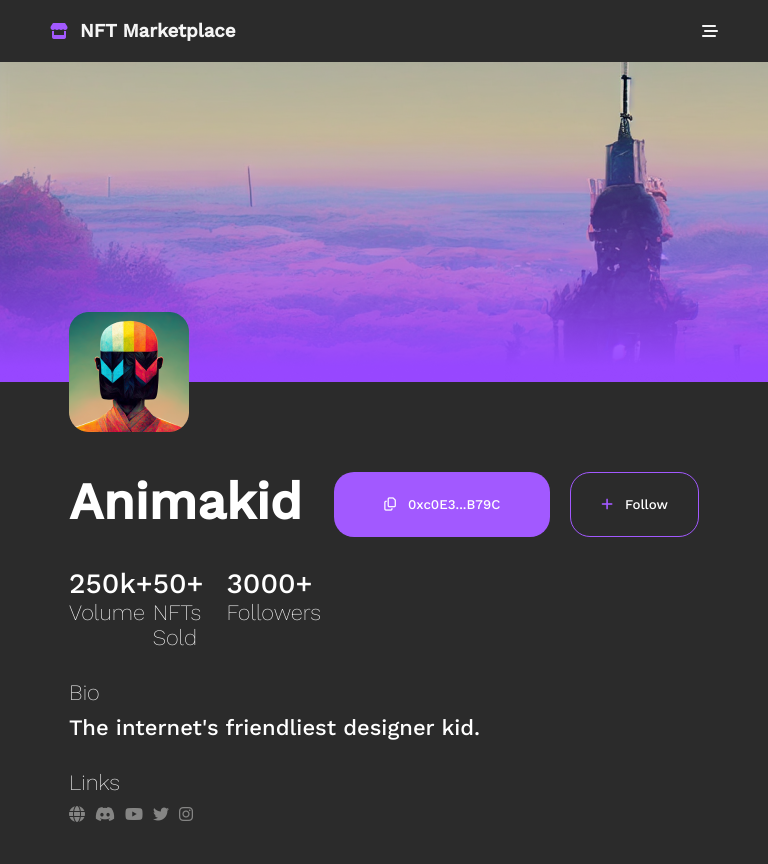
Repository: levananh202ht/NFT_Marketplace
Page: index.html
These files come from the project's save history. The page is drawn as it stood at one moment and after the next save; the edit follows.
The browser window is 768 px wide. The pictures show the whole page.

Above is the page before, as saved 2023-12-09 14:41:00.

After the next save:
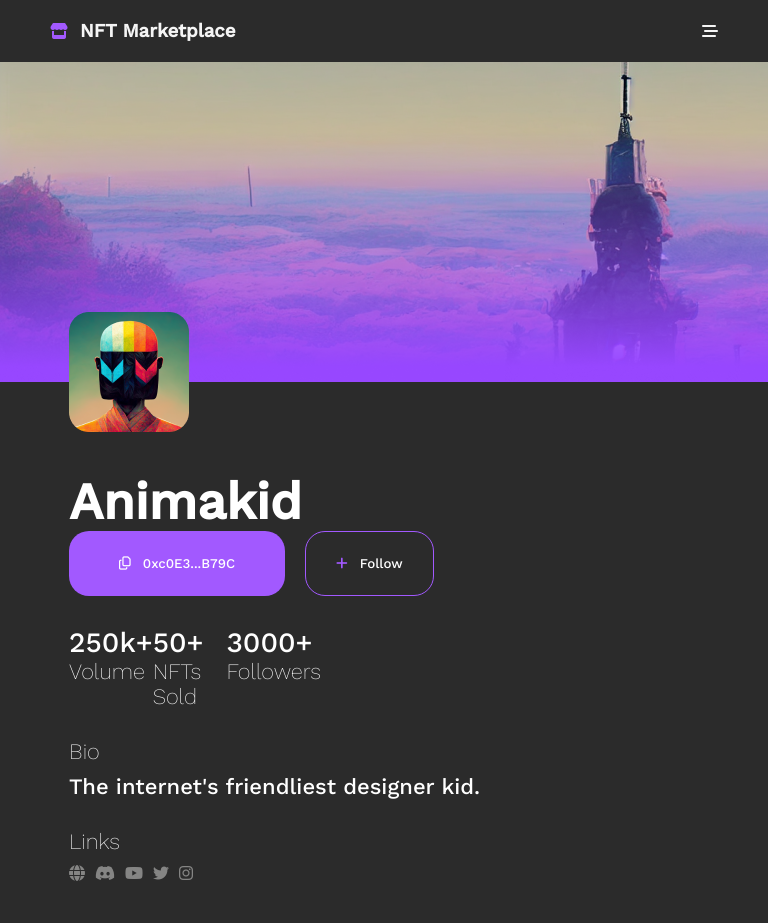
Saved 6 h 53 min later.
--- a/responsive.css
+++ b/responsive.css
@@ -9,6 +9,10 @@
     }
     .nft_header .icon-bar-responsive{
         display: block;
+    }
+
+    .nft_userInfo .nft_userInfo-top{
+        flex-direction: column;
     }
 }
 @media screen and (max-width: 418px) {
